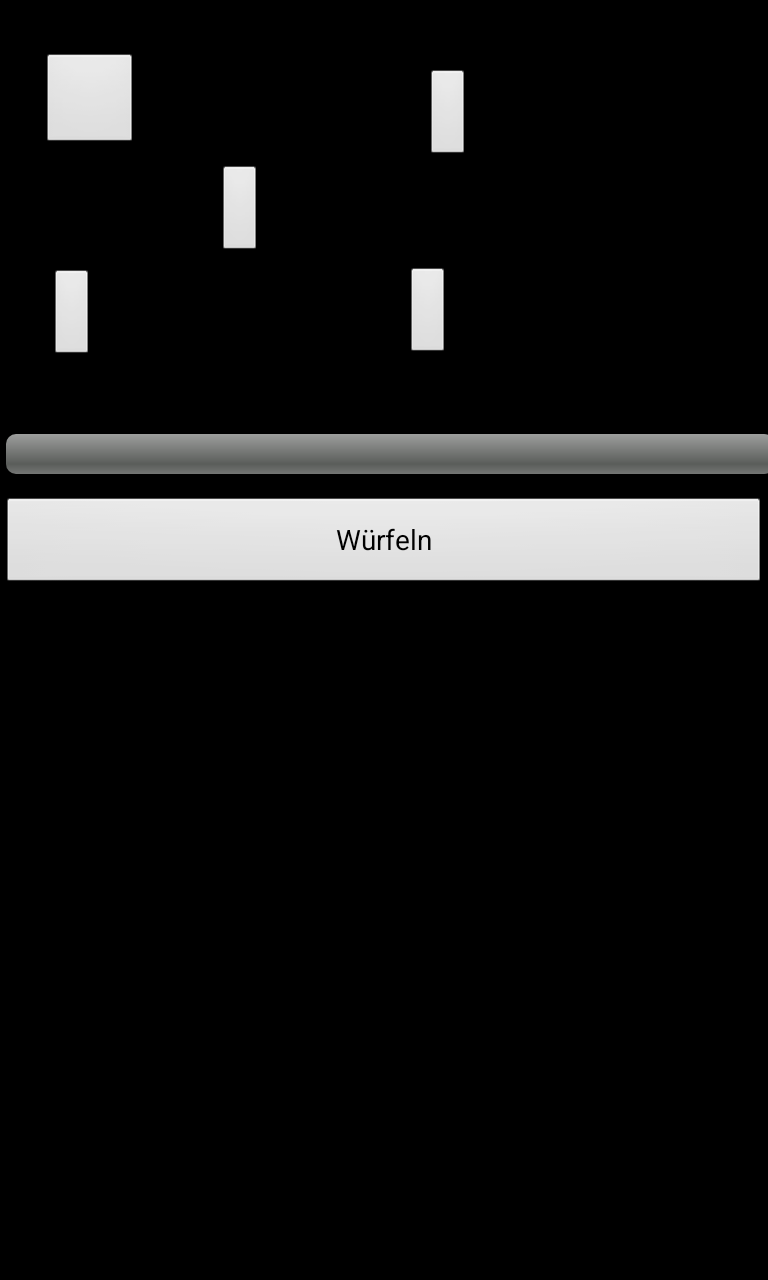
Repository: Lemkerene/App
Layout: kniffel/res/layout/wurfel.xml
The author's editor kept a copy of each file at every save. The layout is drawn from the files as they stood at one save, then again after the next save.
It is drawn on a 768 x 1280 px phone screen (xhdpi) without system bars, with theme android:Theme; the app's code is not run.

Above is the layout before, as saved 2012-08-05 11:20:10.

### kniffel/res/layout/wurfel.xml
<?xml version="1.0" encoding="utf-8"?>
<AbsoluteLayout xmlns:android="http://schemas.android.com/apk/res/android"
    android:id="@+id/AbsoluteLayout1"
    android:layout_width="fill_parent"
    android:layout_height="fill_parent" >



    <Button
        android:id="@+id/wu4"
        android:layout_width="wrap_content"
        android:layout_height="wrap_content"
        android:layout_x="24dp"
        android:layout_y="134dp"
        android:onClick="OnClickSperr"/>

    <ProgressBar
        android:id="@+id/progressBar1"
        style="?android:attr/progressBarStyleHorizontal"
        android:layout_width="match_parent"
        android:layout_height="wrap_content"
        android:layout_x="3dp"
        android:layout_y="217dp" />



    <Button
        android:id="@+id/wu5"
        android:layout_width="wrap_content"
        android:layout_height="wrap_content"
        android:layout_x="202dp"
        android:layout_y="133dp"
        android:onClick="OnClickSperr"/>


    <Button
        android:id="@+id/wu3"
        android:layout_width="wrap_content"
        android:layout_height="wrap_content"
        android:layout_x="108dp"
        android:layout_y="82dp"
        android:onClick="OnClickSperr"/>


    <Button
        android:id="@+id/wu2"
        android:layout_width="wrap_content"
        android:layout_height="wrap_content"
        android:layout_x="212dp"
        android:layout_y="34dp"
        android:onClick="OnClickSperr"/>


    <Button
        android:id="@+id/wu1"
        android:layout_width="50dp"
        android:layout_height="50dp"
        android:onClick="OnClickSperr"
        android:layout_x="20dp"
        android:layout_y="26dp" />


    <Button
        android:id="@+id/button6"
        android:layout_width="match_parent"
        android:layout_height="wrap_content"
        android:layout_x="0dp"
        android:layout_y="248dp"
        android:onClick="OnClickW"
        android:text="@string/wurf" />

</AbsoluteLayout>

### kniffel/res/values/strings.xml
<?xml version="1.0" encoding="utf-8"?>
<resources>

    <string name="hello">Hello World, KniffelActivity!</string>
    <string name="app_name">Kniffel</string>
    <color name="myColor">#ff0000</color>

    <string name="einer">Einer</string>
    <string name="zweier">Zweier</string>
    <string name="dreier">Dreier</string>
    <string name="vierer">Vierer</string>
    <string name="funfer">Fünferer</string>
    <string name="sechser">Sechser</string>

    <string name="dreierpasch">Dreier Pasch</string>
    <string name="viererpasch">Vierer Pasch</string>
    <string name="fullhouse">Fullhouse</string>
    <string name="kleinestr">Kleine Strasse</string>
    <string name="grostr">Große Strasse</string>
    <string name="kniffel">Kniffel</string>
    <string name="chance">Chance</string>

    <string name="gesoben">Gesamt Oben</string>
    <string name="gesoben2">Gesamt Oben mit Bonus</string>
    <string name="gesunten">Gesamt Unten</string>
    <string name="ges">Gesamt</string>
    <string name="bon">Bonus</string>
    <string name="wurf">Würfeln</string>
    <string name="name">Name</string>






</resources>

After the next save:
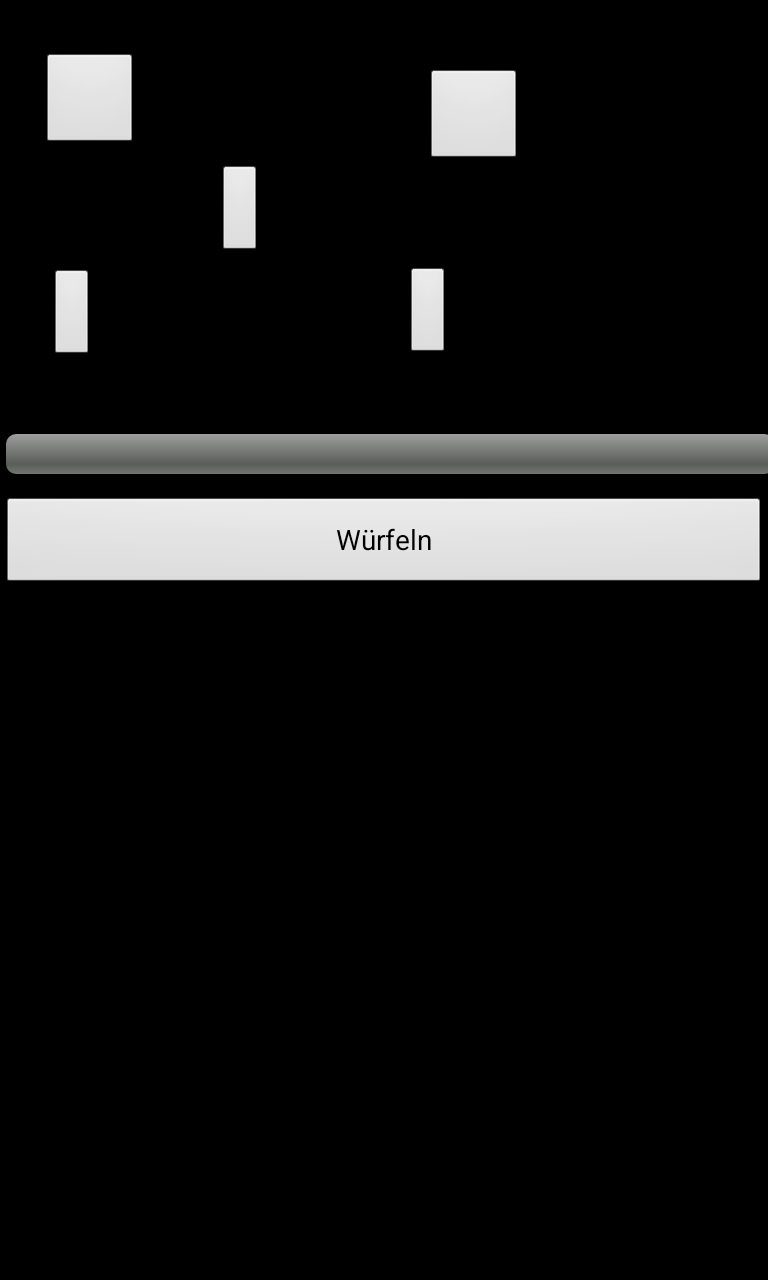
Saved 15 s later.
--- a/kniffel/res/layout/wurfel.xml
+++ b/kniffel/res/layout/wurfel.xml
@@ -44,8 +44,8 @@
 
     <Button
         android:id="@+id/wu2"
-        android:layout_width="wrap_content"
-        android:layout_height="wrap_content"
+        android:layout_width="50"
+        android:layout_height="50"
         android:layout_x="212dp"
         android:layout_y="34dp"
         android:onClick="OnClickSperr"/>
